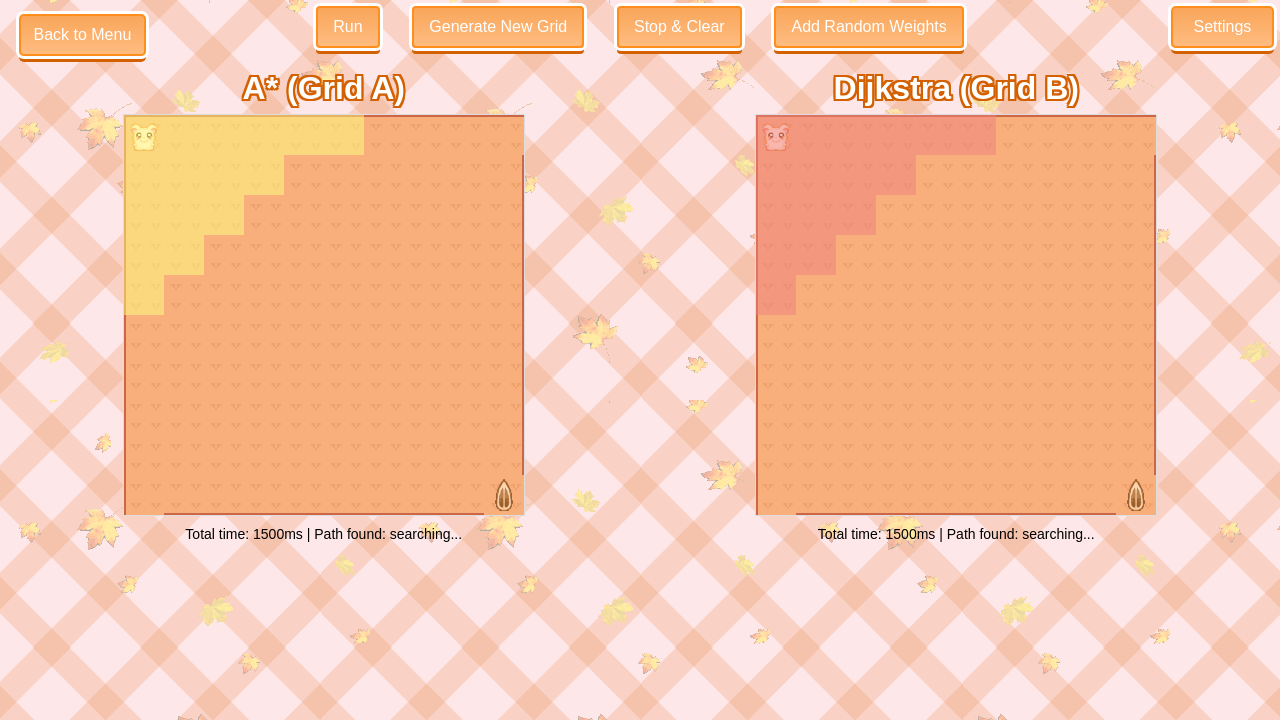
Repository: ramosfranz/Hamster-Crossing
Page: src/game.html
These files come from the project's save history. The page is drawn as it stood at one moment and after a run of saves; the edit follows.
The browser window is 1280 px wide. The pictures show the whole page.
After loading, the first visible `#runButton` was clicked once.
Some web fonts or font styles are not loaded; a fallback is used.

Above is the page before, as saved 2025-05-14 19:38:25.

### src/game.html
<!DOCTYPE html>
<html lang="en">
<head>
    <meta charset="UTF-8">
    <meta name="viewport" content="width=device-width, initial-scale=1.0">
    <link rel="preconnect" href="https://fonts.googleapis.com">
    <link rel="preconnect" href="https://fonts.gstatic.com" crossorigin>
    <link href="https://fonts.googleapis.com/css2?family=Jersey+10+Charted&family=Jersey+20&family=Jersey+25+Charted&display=swap" rel="stylesheet">
    <title>Hamster Crossing</title>
    <link rel="icon" type="image/x-icon" href="assets/images/favicon.ico">
    <link rel="stylesheet" href="styles/gameStyle.css">
</head>
<body>
    <div class="header-buttons">
        <a class="pixelButton" id="backButton" href="hamsterMenu.html">Back to Menu</a>
        <button class="pixelButton" id="settingsButton">Settings</button>
    </div>

    <!-- Settings Popup -->
    <div id="settingsPopup" class="popup">
        <div class="popup-content">
            <span class="close-popup">&times;</span>
            <h3>Settings</h3>

            <div class="setting-item">
                <label for="volumeSlider">Adjust Volume:</label>
                <input type="range" id="volumeSlider" min="0" max="100" value="50" class="theme-slider">
            </div>

            <div class="setting-item">
                <label for="hamsterDropdown">Change Hamster:</label>
                <select id="hamsterDropdown">
                    <option value="hamster1">Default Hamster</option>
                    <option value="hamster2">Speedy Hamster</option>
                    <option value="hamster3">Colorful Hamster</option>
                </select>
            </div>

            <div class="setting-item">
                <label>Number of Grids: <span class="grid-count-value">2</span></label>
                <div class="grid-count-container">
                    <input type="range" id="gridCount" min="1" max="5" value="2" class="theme-slider">
                </div>
            </div>

            <div id="gridSettings">
                <!-- Grid settings will be added here dynamically -->
            </div>

            <button class="pixelButton" id="applySettings">Apply Settings</button>
        </div>
    </div>
    <div id="controls">
        <button class="pixelButton" id="runButton">Run</button>
        <button class="pixelButton" id="generateButton">Generate New Grid</button>
        <button class="pixelButton" id="clearButton">Stop & Clear</button>
        <button class="pixelButton" id="addWeightsButton">Add Random Weights</button>
    </div>

    <button id="stopButton">Stop and Clear Searching</button>

    <div id="grids-container">
        <!-- Grids will be added here dynamically -->
    </div>

    <script type="module" src="js/app.js"></script>
</body>
</html>

### src/styles/gameStyle.css
:root {
    --outline: #ff8e1c;
    --shadow: #d36102;
    --gradient: linear-gradient(to bottom, #f9a65a, #ffbc80);
    --hover-gradient: linear-gradient(to bottom, #ffa9b8, #ff605f);
    --hover-outline:#ff1a14;
    --button-bg: var(--gradient);
    --button-hover-bg: var(--hover-gradient);
    --box-shadow: 0 0 0 3px white, 0 6px var(--shadow);
    --btn-radius: 4px;
    --font-family: "Jersey 20", sans-serif;
    --text-color: white;
}

html, body {
    font-family: "Jersey 20", sans-serif;
    margin: 0;
    padding: 0;
    height: 100%;
    scroll-behavior: smooth;
    background-image:  url(../assets/images/backgrounds/bg_hamu.png);
    background-size: auto, auto, 20%;
    background-repeat: auto, auto, space;
    image-rendering: pixelated;
}


.pixelButton {
    /* Remove fixed width and adjust padding */
    display: inline-block;  /* Changed from default button display */
    font-size: 1rem;
    color: var(--text-color);
    border-radius: var(--btn-radius);
    border: 2px solid var(--outline);
    background: var(--button-bg);
    box-shadow: var(--box-shadow);
    cursor: pointer;
    text-align: center;
    font-family: var(--font-family);
    white-space: nowrap;   /* Prevents text from wrapping */
    transition: transform 0.1s ease, box-shadow 0.1s ease;
    image-rendering: pixelated;
    margin: 0.5%;
    /* Remove width: 100% */
}

.pixelButton:hover {
    background: linear-gradient(to bottom, #ffa9b8, #ff605f);
    border-color: #ff1a14;
}

.pixelButton:active {
    transform: translateY(4px);
    box-shadow: 0 0 #000;
}

h3 {
   margin: 0 auto;
    padding-bottom: 1.9%;
    font-size: 2rem;
    text-align: center;
    text-shadow:
        -2px -2px 0 var(--shadow),
        2px -2px 0 var(--shadow),
        -2px 2px 0 var(--shadow),
        2px 2px 0 var(--shadow),
        0px -2px 0 var(--shadow),
        0px 2px 0 var(--shadow),
        -2px 0px 0 var(--shadow),
        2px 0px 0 var(--shadow);
    color: white;
}

#controls {
    display: flex;
    justify-content: center;
    gap: 20px;
    flex-wrap: wrap;
}
#grids-container {
    display: flex;
    flex-wrap: wrap;
    justify-content: center;
    gap: 20px;
}
.canvas-container {
    display: flex;
    flex-direction: column;
    align-items: center;
    position: relative;
}
.timer {
    margin-top: 10px;
    font-size: 14px;
    text-align: center;
}
#warning {
    color: red;
    font-weight: bold;
    margin: 10px 0;
    text-align: center;
}
#stopButton {
    display: none;
    padding: 10px;
    background-color: red;
    color: white;
    border: none;
    cursor: pointer;
    border-radius: 5px;
    margin: 0 auto;
}
#backButton {
    width: 8%;
    position: fixed;
    left: 1%;
    top: 1%;
    padding: 10px;
    cursor: pointer;
    text-decoration: none;
    font-size: 16px;
    border-radius: 5px;
}

#settingsButton {
    position: fixed;
    width: 8%;
    right: -0%;
    padding: 10px;
    border-radius: 5px;
    cursor: pointer;
    font-size: 16px;
}

button {
    padding: 10px 15px;
    background-color: #4CAF50;
    color: white;
    border: none;
    border-radius: 4px;
    cursor: pointer;
    font-size: 16px;
}
button:hover {
    background-color: #45a049;
}
button:disabled {
    background-color: #cccccc;
    cursor: not-allowed;
}
.weight {
    position: absolute;
    font-size: 10px;
    font-weight: bold;
    color: black;
    pointer-events: none;
}

.header-buttons {
    display: flex;
    justify-content: space-between;
}


.popup {
    display: none;
    position: fixed;
    top: 0;
    left: 0;
    width: 100%;
    height: 100%;
    background-color: rgba(0,0,0,0.5);
    z-index: 1000;
}

.popup-content {
    background-color:#fff9e6;
    border: 4px solid var(--outline);
    border-radius: 10px;
    margin: 10% auto;
    padding: 20px;
    width: 50%;
    max-width: 500px;
    border-radius: 8px;
    position: relative;
}

.close-popup {
    position: absolute;
    top: 10px;
    right: 20px;
    font-size: 24px;
    cursor: pointer;
}

.setting-item {
    margin: 15px 0;
}

#volumeSlider {
    width: 95%;
}

.theme-slider {
  -webkit-appearance: none;
  width: 100%;
  height: 8px;
  background: rgba(255, 255, 255, 0.2);
  border-radius: 4px;
  outline: none;
  margin: 10px 0;
}

.theme-slider::-webkit-slider-thumb {
  -webkit-appearance: none;
  width: 20px;
  height: 20px;
  background: var(--outline);
  border-radius: 50%;
  cursor: pointer;
  border: 2px solid white;
  transition: all 0.2s ease;
}

.theme-slider::-webkit-slider-thumb:hover {
  transform: scale(1.1);
  box-shadow: 0 0 5px var(--hover-outline);
}

.theme-slider::-webkit-slider-runnable-track {
  background: var(--gradient);
  border-radius: 4px;
}

/* Firefox support */
.theme-slider::-moz-range-thumb {
  background: var(--outline);
  border-radius: 50%;
  cursor: pointer;
  border: 2px solid white;
}

.theme-slider::-moz-range-track {
  height: 8px;
  background: rgba(255, 255, 255, 0.2);
  border-radius: 4px;
}

.theme-slider::-moz-range-progress {
  height: 8px;
  background: var(--gradient);
  border-radius: 4px;
}

.setting-item label {
    display: block;
    margin-bottom: 5px;
    font-weight: bold;
}

.setting-item input[type="range"],
.setting-item select,
.setting-item input[type="number"] {
    width: 100%;
    padding: 8px;
    border: 1px solid #ddd;
    border-radius: 4px;
}

#applySettings {
    margin-top: 20px;
    padding: 10px 15px;
    background-color: #4CAF50;
    color: white;
    border: none;
    border-radius: 4px;
    cursor: pointer;
    width: 100%;
}

#applySettings:hover {
    background-color: #45a049;
}

.grid-algorithm-select {
    margin-top: 10px;
}


.popup-content {
    width: 90%;
    max-width: 400px;
    margin: 5% auto;
    padding: 15px;
}

label {
    color: var(--outline);
    size: 2rem;
}

#gridCount {
    width: 100%;
    margin-top: 5px;
}

.grid-count-container {
    display: flex;
    align-items: center;
    gap: 10px;
}

.grid-count-value {
    font-weight: bold;
}

#grids-container {
    display: grid;
    grid-template-columns: repeat(auto-fit, minmax(200px, 1fr));
    gap: 15px;
    padding: 15px;
    width: 100%;
    box-sizing: border-box;
    justify-content: center;
}

/* Grid selection layout */
.grid-selection-row {
    display: flex;
    gap: 15px;
    margin-bottom: 15px;
}

.grid-selection-item {
    flex: 1;
    min-width: 120px;
}

.grid-selection-item.disabled {
    opacity: 0.6;
    pointer-events: none;
}

.grid-selection-item label {
    display: block;
    margin-bottom: 5px;
}

.grid-selection-item select {
    width: 100%;
    padding: 6px;
    border: 1px solid #ddd;
    border-radius: 4px;
    background: white;
}

.grid-selection-item.disabled select {
    background: #f5f5f5;
}

.canvas-container {
    position: relative;
    width: 100%;
    max-width: 400px;
    margin: 0 auto;
}


.canvas-container canvas {
    width: 100%;
    height: auto;
    aspect-ratio: 1;
    border: 1px solid #ddd;
}

@media (max-width: 600px) {
    #grids-container {
        grid-template-columns: 1fr;
    }

    .popup-content {
        width: 90%;
        margin: 20px auto;
    }
}

@media (min-width: 601px) and (max-width: 1200px) {
    #grids-container {
        grid-template-columns: repeat(auto-fit, minmax(250px, 1fr));
    }
}

### src/js/app.js
import { initializeGrid } from './manager/gridManager.js';
import { setupEventListeners, renderGrids } from './manager/domManager.js';
import { setupSettingsEventListeners } from './popup/settingsPopUp.js';
import { drawGrid, initializeVisualizer } from './animation/visualizer.js';
import { loadSeedImages, startSeedAnimation } from './animation/seedAnimation.js';
import audioManager from './manager/audioManager.js';
import { settings } from './manager/stateManager.js';

export function init() {
    loadSeedImages(() => {
        startSeedAnimation();
    });
    setupSettingsEventListeners();
    setupEventListeners();
    initializeGrid();
    initializeVisualizer();
    renderGrids();
    drawGrid();
    settings.load();


    window.addEventListener('resize', () => {
        drawGrid();
    });
}

document.addEventListener('DOMContentLoaded', init);

### src/js/manager/domManager.js
import { settings, setSearchInProgress, resetTimers, timers, searchInProgress} from '../manager/stateManager.js';
import { initializeGrid, generateRandomGrid, addRandomWeights, setGoal, getGrid, start, getGoal, getStart, rows, cols } from '../manager/gridManager.js';
import { animateAStar } from '../algorithms/aStar.js';
import { animateDijkstra } from '../algorithms/dijkstra.js';
import { animateBFS } from '../algorithms/bfs.js';
import { animateDFS } from '../algorithms/dfs.js';
import { animateBellmanFord } from '../algorithms/bellmanFord.js';
import { registerCanvas, drawGrid, ctx, canvases } from '../animation/visualizer.js';
import { algorithms } from '../popup/settingsPopUp.js';

const domElements = {
    gridsContainer: document.getElementById('grids-container'),
    runButton: document.getElementById('runButton'),
    generateButton: document.getElementById('generateButton'),
    clearButton: document.getElementById('clearButton'),
    addWeightsButton: document.getElementById('addWeightsButton'),
    stopButton: document.getElementById('stopButton'),
    warning: document.getElementById('warning')
};

export function setupEventListeners() {
    domElements.runButton.addEventListener('click', runAlgorithms);
    domElements.generateButton.addEventListener('click', () => {
        setupCanvasEventListeners();
        generateRandomGrid();
});
    domElements.addWeightsButton.addEventListener('click', addRandomWeights);
    domElements.stopButton.addEventListener('click', stopSearching);
    domElements.clearButton.addEventListener('click', () => {
        // Reset the grid
        initializeGrid();

        // Clear and re-render the canvases
        renderGrids();

        // Ensure fresh event listeners
        setTimeout(() => {
            setupCanvasEventListeners();
            drawGrid();
        }, 0);
    });

   /* domElements.settingsButton.addEventListener('click', () => {
        domElements.settingsPopup.style.display = 'block';
        updateSettingsUI();
    });

    domElements.closePopup.addEventListener('click', () => {
        domElements.settingsPopup.style.display = 'none';
    });

    window.addEventListener('click', (event) => {
        if (event.target === domElements.settingsPopup) {
            domElements.settingsPopup.style.display = 'none';
        }
    }); */

    window.addEventListener('resize', () => {
        drawGrid();
        setupCanvasEventListeners();
    });
}
export function renderGrids() {
    domElements.gridsContainer.innerHTML = '';
    resetTimers();

    const containerWidth = domElements.gridsContainer.offsetWidth;
    const gridCount = settings.gridCount;
    const maxCanvasSize = Math.min(400, (containerWidth - 30 * (gridCount - 1)) / gridCount);

    // Clear existing canvas references
    Object.keys(canvases).forEach(key => delete canvases[key]);
    Object.keys(ctx).forEach(key => delete ctx[key]);

    for (let i = 0; i < settings.gridCount; i++) {
        const algorithmId = settings.gridAlgorithms[i] || 'aStar';
        const gridId = `${algorithmId}_${i}`;

        const gridDiv = document.createElement('div');
        gridDiv.className = 'canvas-container';

        const algorithm = algorithms.find(a => a.id === algorithmId) || { name: 'Unknown' };
        const heading = document.createElement('h3');
        heading.textContent = `${algorithm.name} (Grid ${String.fromCharCode(65 + i)})`;

        const canvas = document.createElement('canvas');
        canvas.id = gridId;
        canvas.width = maxCanvasSize;
        canvas.height = maxCanvasSize;

        const timer = document.createElement('div');
        timer.className = 'timer';
        timer.id = `${gridId}_timer`;
        timer.textContent = 'Total time: 0ms | Path found: -';

        gridDiv.appendChild(heading);
        gridDiv.appendChild(canvas);
        gridDiv.appendChild(timer);
        domElements.gridsContainer.appendChild(gridDiv);

        registerCanvas(gridId, canvas);
        timers[gridId] = timer;
    }

    // Use setTimeout to ensure DOM is fully updated
    setTimeout(() => {
        setupCanvasEventListeners();
        drawGrid();
    }, 0);
}

window.addEventListener('resize', () => {
    renderGrids();
});

function setupCanvasEventListeners() {
    // First remove all existing listeners
    for (const algorithmId in canvases) {
        const canvas = canvases[algorithmId];
        // Clone the canvas to remove all event listeners
        const newCanvas = canvas.cloneNode(true);
        canvas.parentNode.replaceChild(newCanvas, canvas);
        canvases[algorithmId] = newCanvas;
        ctx[algorithmId] = newCanvas.getContext('2d');
    }

    // Then add fresh listeners
    for (const algorithmId in canvases) {
        const canvas = canvases[algorithmId];
        canvas.addEventListener('click', (event) => handleCanvasClick(event, algorithmId));
        canvas.addEventListener('mousedown', (event) => handleCanvasMouseDown(event, algorithmId));
        canvas.addEventListener('mousemove', (event) => handleCanvasMouseMove(event, algorithmId));
        canvas.addEventListener('mouseup', handleCanvasMouseUp);
    }
}

function handleCanvasClick(event, ctxKey) {
    if (searchInProgress) return;
    const canvas = canvases[ctxKey];
    const rect = canvas.getBoundingClientRect();
    const cellSize = canvas.width / cols; // Add this line
    const x = Math.floor((event.clientX - rect.left) / cellSize);
    const y = Math.floor((event.clientY - rect.top) / cellSize);
    const grid = getGrid();
    const goal = getGoal();

    if ((x === start.x && y === start.y) || (x === goal.x && y === goal.y)) return;

    grid[y][x].wall = !grid[y][x].wall;
    if (grid[y][x].wall) {
        grid[y][x].weight = 1;
    }
    drawGrid();
}
let draggingGoal = false;
function handleCanvasMouseDown(event, ctxKey) {
    if (searchInProgress) return;
    const canvas = canvases[ctxKey];
    const rect = canvas.getBoundingClientRect();
    const cellSize = canvas.width / cols; // Add this line
    const x = Math.floor((event.clientX - rect.left) / cellSize);
    const y = Math.floor((event.clientY - rect.top) / cellSize);
    const goal = getGoal();

    if (x === goal.x && y === goal.y) {
        draggingGoal = true;
    }
}

function handleCanvasMouseMove(event, ctxKey) {
    if (!draggingGoal || searchInProgress) return;
    const canvas = canvases[ctxKey];
    const rect = canvas.getBoundingClientRect();
    const cellSize = canvas.width / cols;
    const x = Math.floor((event.clientX - rect.left) / cellSize);
    const y = Math.floor((event.clientY - rect.top) / cellSize);
    const grid = getGrid();
    const start = getStart(); // Should come from gridManager

    // Add this check for grid boundaries
    if (x >= 0 && x < cols && y >= 0 && y < rows) {
        const currentCell = grid[y][x];
        if (!currentCell.wall && (x !== start.x || y !== start.y)) {
            // Clear old goal cell
            const oldGoal = getGoal();
            grid[oldGoal.y][oldGoal.x] = {
                ...grid[oldGoal.y][oldGoal.x],
                wall: false,
                weight: 1
            };

            // Update to new goal
            setGoal({ x, y });

            // Mark new goal cell
            grid[y][x] = {
                ...grid[y][x],
                wall: false,
                weight: 1
            };

            drawGrid();
        }
    }
}
function handleCanvasMouseUp() {
    draggingGoal = false;
}


async function runAlgorithms() {
    domElements.runButton.disabled = true;
    setSearchInProgress(true);
    resetTimers();

    const promises = [];
    for (let i = 0; i < settings.gridCount; i++) {
        const algorithmId = settings.gridAlgorithms[i];
        const gridId = `${algorithmId}_${i}`;

        // Ensure we have valid context and timer
        const canvasContext = ctx[gridId];
        const timerElement = timers[gridId];

        if (!canvasContext || !timerElement) continue;

        switch(algorithmId) {
            case 'aStar':
                promises.push(animateAStar(canvasContext, timerElement));
                break;
            case 'dijkstra':
                promises.push(animateDijkstra(canvasContext, timerElement));
                break;
            case 'bfs':
                promises.push(animateBFS(canvasContext, timerElement));
                break;
            case 'dfs':
                promises.push(animateDFS(canvasContext, timerElement));
                break;
            case 'bellmanFord':
                promises.push(animateBellmanFord(canvasContext, timerElement));
                break;
        }
    }

    await Promise.all(promises);
    setSearchInProgress(false);
}

function stopSearching() {
    domElements.runButton.disabled = false;
    setSearchInProgress(false);
    drawGrid();
}

### src/js/manager/stateManager.js
export const settings = {
    volume: 50,
    hamster: 'hamster1',
    gridCount: 2,
    gridAlgorithms: ['aStar', 'dijkstra'],

    save() {
        const { volume, hamster, gridCount, gridAlgorithms } = this;
        localStorage.setItem('userSettings', JSON.stringify({ volume, hamster, gridCount, gridAlgorithms }));
    },

    load() {
        const saved = JSON.parse(localStorage.getItem('userSettings'));
        if (saved) {
            this.volume = saved.volume ?? this.volume;
        }
    }
};

export let searchInProgress = false;
export const timers = {};

export function setSearchInProgress(value) {
    searchInProgress = value;
}

export function resetTimers() {
    for (const key in timers) {
        timers[key].textContent = "Total time: 0ms | Path found: -";
    }
}

### src/js/algorithms/dfs.js
import { heuristic, getNeighbors, sleep } from './utils.js';
import { getGrid, rows, cols, start, getGoal } from '../manager/gridManager.js';
import { drawPathWithHead } from '../animation/visualizer.js';

export async function animateDFS(ctx, timerElement) {
    const grid = getGrid();
    const goal = getGoal();
    const canvas = ctx.canvas;
    const cellSize = canvas.width / cols;
    const neighbors = getNeighbors(grid, cols, rows);
    const waitSecondsSearch = 100;

    const stack = [start];
    const cameFrom = {};
    const visited = Array(rows).fill().map(() => Array(cols).fill(false));
    visited[start.y][start.x] = true;

    const startTime = performance.now();
    let pathFoundTime = null;

    while (stack.length > 0) {
        const current = stack.pop();

        if (current.x === goal.x && current.y === goal.y) {
            pathFoundTime = performance.now() - startTime;
            timerElement.textContent = `Total time: ${Math.round(performance.now() - startTime)}ms | Path found: Yes`;
            await drawPathWithHead(ctx, cameFrom, current, "red", "purple");
            return;
        }

        ctx.fillStyle = "rgba(255, 0, 0, 0.5)";
        ctx.fillRect(current.x * cellSize, current.y * cellSize, cellSize, cellSize);
        await sleep(waitSecondsSearch);

        for (const neighbor of neighbors(current)) {
            if (!visited[neighbor.y][neighbor.x]) {
                visited[neighbor.y][neighbor.x] = true;
                cameFrom[`${neighbor.x},${neighbor.y}`] = current;
                stack.push(neighbor);
            }
        }

        timerElement.textContent = `Total time: ${Math.round(performance.now() - startTime)}ms | Path found: ${
            pathFoundTime ? Math.round(pathFoundTime) + "ms" : "searching..."
        }`;
    }

    timerElement.textContent = `Total time: ${Math.round(performance.now() - startTime)}ms | Path found: No path`;
}

### src/js/algorithms/utils.js
export const sleep = (ms) => new Promise(resolve => setTimeout(resolve, ms));

export const heuristic = (a, b) => Math.abs(a.x - b.x) + Math.abs(a.y - b.y);

export const getNeighbors = (grid, cols, rows) => ({ x, y }) => {
    const neighbors = [];
    if (x > 0 && !grid[y][x - 1].wall) neighbors.push(grid[y][x - 1]);
    if (x < cols - 1 && !grid[y][x + 1].wall) neighbors.push(grid[y][x + 1]);
    if (y > 0 && !grid[y - 1][x].wall) neighbors.push(grid[y - 1][x]);
    if (y < rows - 1 && !grid[y + 1][x].wall) neighbors.push(grid[y + 1][x]);
    return neighbors;
};

Loaded but not shown: src/js/animation/visualizer.js (319 lines, source omitted); src/js/popup/settingsPopUp.js (239 lines, source omitted); src/js/manager/themeManager.js (175 lines, source omitted); src/js/animation/seedAnimation.js (152 lines, source omitted); src/js/manager/audioManager.js (108 lines, source omitted); src/js/algorithms/bellmanFord.js (72 lines, source omitted); src/js/algorithms/aStar.js (57 lines, source omitted); src/js/manager/gridManager.js (86 lines, source omitted); src/js/algorithms/dijkstra.js (54 lines, source omitted); src/js/algorithms/bfs.js (49 lines, source omitted)

After the next 2 saves:
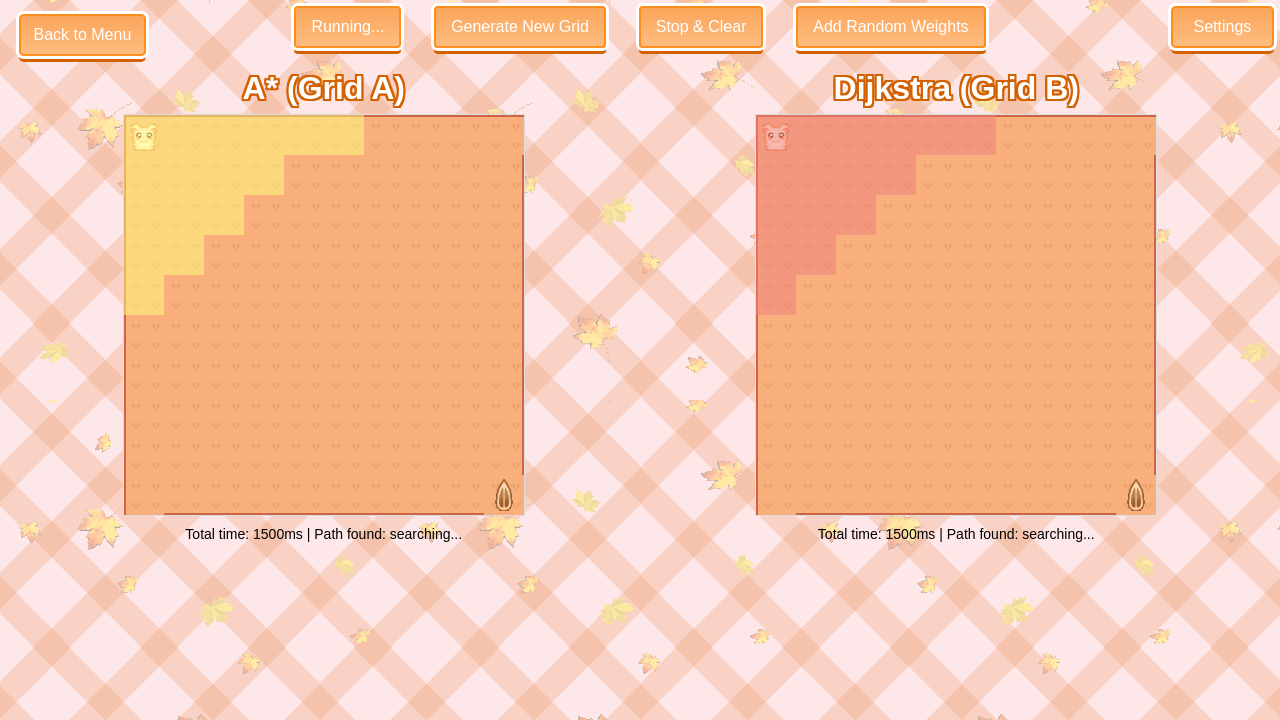
The 2 saves are shown as one change because they came seconds apart.
The last was saved 45 s later.
--- a/src/js/manager/domManager.js
+++ b/src/js/manager/domManager.js
@@ -209,6 +209,7 @@ function handleCanvasMouseUp() {
 
 
 async function runAlgorithms() {
+    domElements.runButton.textContent = 'Running...';
     domElements.runButton.disabled = true;
     setSearchInProgress(true);
     resetTimers();
@@ -249,6 +250,7 @@ async function runAlgorithms() {
 
 function stopSearching() {
     domElements.runButton.disabled = false;
+    domElements.runButton.textContent = 'Run';
     setSearchInProgress(false);
     drawGrid();
 }
